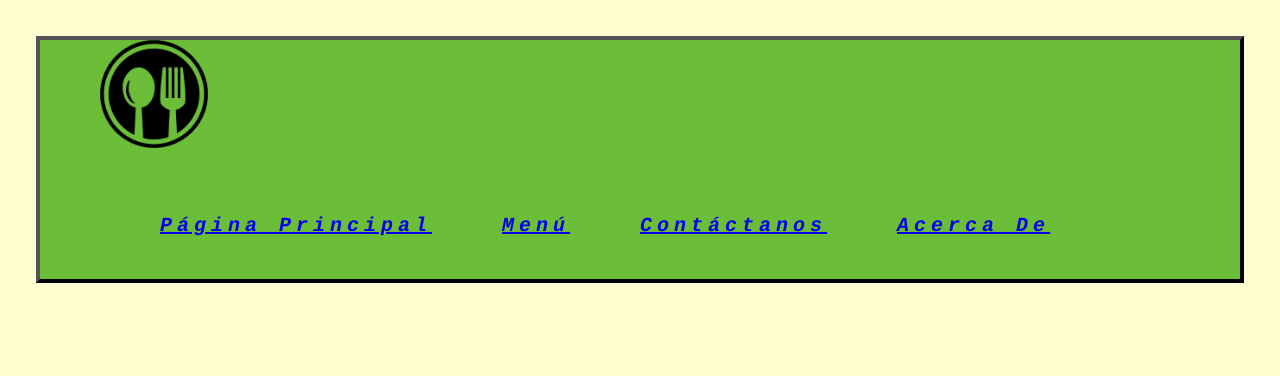
Repository: UVMCoyoacan/eq06_sitio1
Page: Carpeta docs/contactos.html
The author's editor kept a copy of each file at every save. The page is drawn from the files as they stood at one save, then again after the next save.
The browser window is 1280 px wide. The pictures show the whole page.

Above is the page before, as saved 2024-03-08 11:53:56.

After the next save:
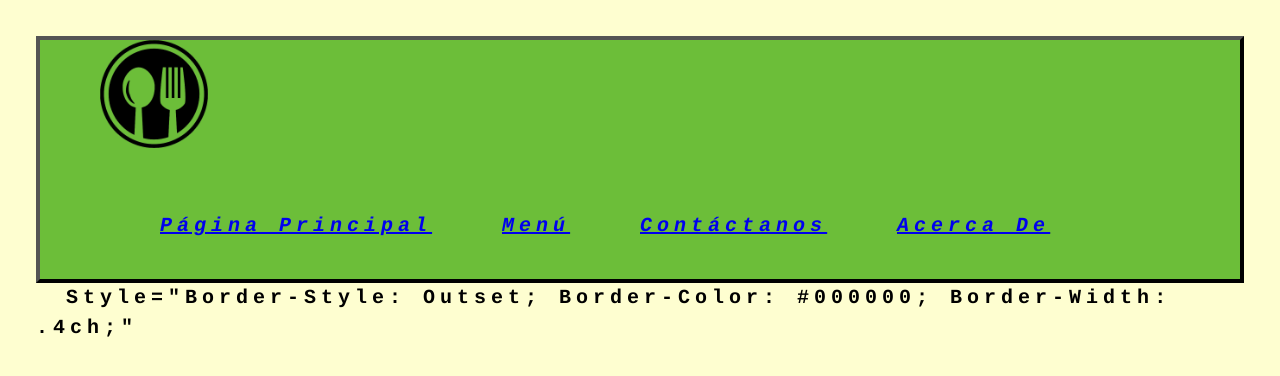
Saved 6 s later.
--- a/Carpeta docs/contactos.html
+++ b/Carpeta docs/contactos.html
@@ -19,8 +19,10 @@
             </ul>
         </div>
             </div>
-
         </header>
+    <div>style="border-style: outset;
+        border-color: #000000;
+        border-width: .4ch;"</div>
     </body>
     <script src="../Carpeta js/js1.js">
     </script>
